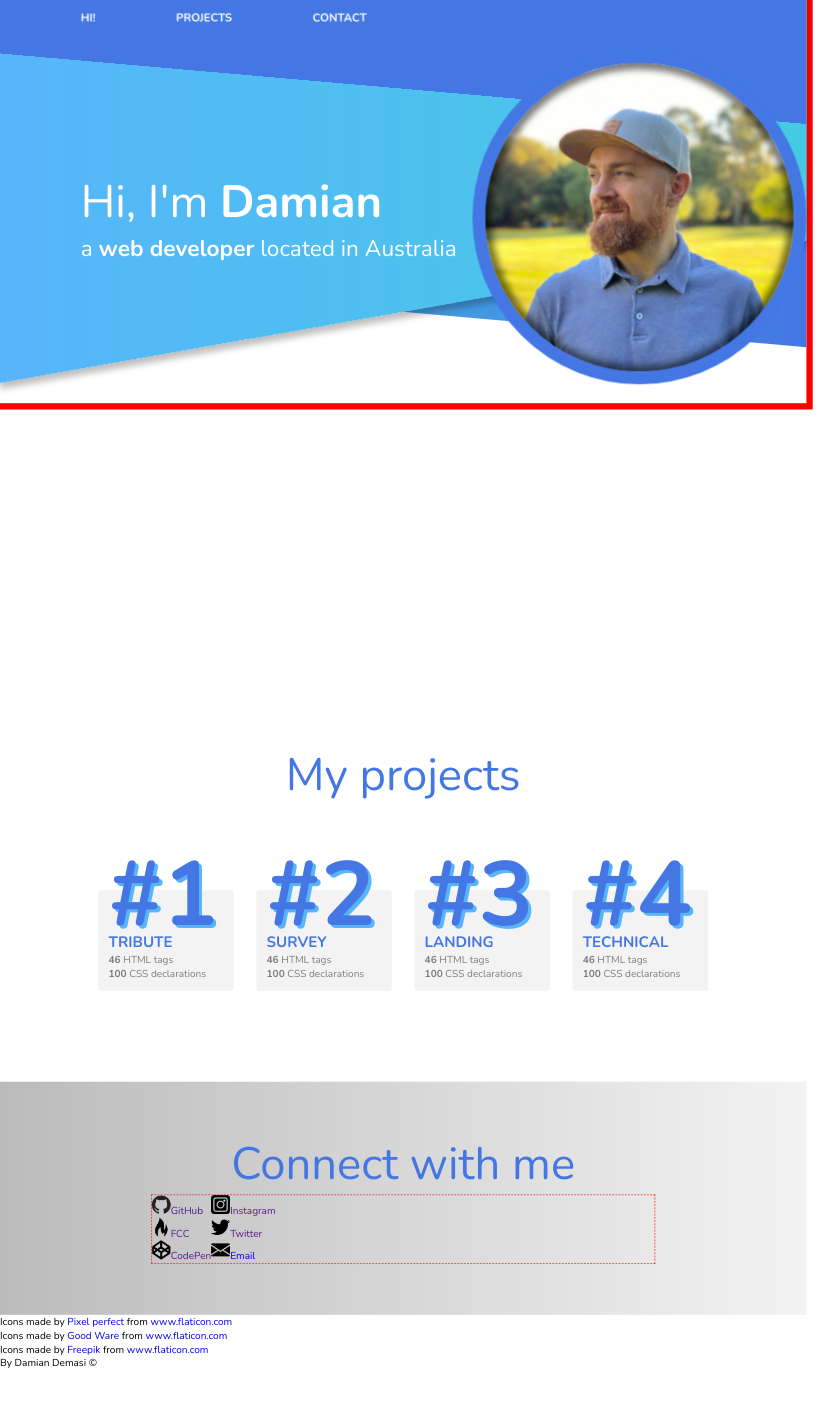
Repository: Colo-Codes/freecodecamp-05-Personal-Portfolio-Webpage
Page: index.html
An editor plug-in stored every save of this project. The page is shown before and after the next save, followed by the edit.
The browser window is 1280 px wide. The page is 1320 px wide, so the pictures cover 1320 px, including what lies to the right of the window. The pictures show the whole page, at 63% of full size.

Above is the page before, as saved 2021-06-03 18:43:44.

### index.html
<!DOCTYPE html>
<html lang="en">
<head>
    <meta charset="UTF-8">
    <meta http-equiv="X-UA-Compatible" content="IE=edge">
    <meta name="viewport" content="width=device-width, initial-scale=1.0">
    <link rel="preconnect" href="https://fonts.gstatic.com">
    <link href="https://fonts.googleapis.com/css2?family=Nunito:wght@300;400;700&display=swap" rel="stylesheet">
    <link rel="stylesheet" href="./css/index.css">
    <title>Personal Portfolio Webpage</title>
</head>
<body>
    <header>
        <navbar id="navbar">
            <div id="navbar-container">
                <ul id="navbar-flex-container">
                    <li class="navbar-flex-item">Hi!</li>
                    <li class="navbar-flex-item">Projects</li>
                    <li class="navbar-flex-item">Contact</li>
                </ul>
            </div>
        </navbar>
    </header>

    <section id="welcome-section">
            <div id="welcome-section-container">
                    <div id="hero-img" role="img" aria-label="Damian's profile picture: he has a hat, beard, and he is looking left while standing on a green field."></div>
                <div id="hero-text-container">
                    <h1>Hi, I'm <strong>Damian</strong></h1>
                    <p>a <strong>web developer</strong> located in Australia</p>
                </div>
            </div>
            <div id="top-layer"></div>
            <div id="bottom-layer">
                <div id="scroll-to-explore">
                    <p>Scroll to explore</p>
                    <img src="./img/down-arrow.png" alt="Arrow pointing down." height="40px">
                </div>
            </div>
    </section>

    <section id="projects">
        <h2>My projects</h2>
        <div id="project-card-flex-container">

            <div class="project-card">
                <div class="project-card-bg">
                    <div class="project-tile">
                        <a href="#project1"><h3>#1</h3><h4>Tribute</h4></a>
                    </div>
                    <div class="project-descr">
                        <p><strong>46</strong> HTML tags</p>
                        <p><strong>100</strong> CSS declarations</p>
                    </div>
                </div>
            </div>

            <div class="project-card">
                <div class="project-card-bg">
                    <div class="project-tile">
                        <a href="#project1"><h3>#2</h3><h4>Survey</h4></a>
                    </div>
                    <div class="project-descr">
                        <p><strong>46</strong> HTML tags</p>
                        <p><strong>100</strong> CSS declarations</p>
                    </div>
                </div>
            </div>

            <div class="project-card">
                <div class="project-card-bg">
                    <div class="project-tile">
                        <a href="#project1"><h3>#3</h3><h4>Landing</h4></a>
                    </div>
                    <div class="project-descr">
                        <p><strong>46</strong> HTML tags</p>
                        <p><strong>100</strong> CSS declarations</p>
                    </div>
                </div>
            </div>

            <div class="project-card">
                <div class="project-card-bg">
                    <div class="project-tile">
                        <a href="#project1"><h3>#4</h3><h4>Technical</h4></a>
                    </div>
                    <div class="project-descr">
                        <p><strong>46</strong> HTML tags</p>
                        <p><strong>100</strong> CSS declarations</p>
                    </div>
                </div>
            </div>

        </div>
    </section>

    <section id="contact">
        <h2>Connect with me</h2>
        <div id="contact-networks">
            <div class="contact-networks-col">
                <a href="" id="profile-link" target="_blank"><img src="./img/github.png" width="30px">GitHub</a>
                <a href="" id="profile-link-fcc" target="_blank"><img src="./img/fire.png" width="30px">FCC</a>
                <a href="" id="profile-link-codepen" target="_blank"><img src="./img/3d-outlined-shape.png" width="30px">CodePen</a>
            </div>
            <div class="contact-networks-col">
                <a href="" id="profile-link-instagram" target="_blank"><img src="./img/instagram.png" width="30px">Instagram</a>
                <a href="" id="profile-link-twitter" target="_blank"><img src="./img/twitter.png" width="30px">Twitter</a>
                <a href="mailto:damian.demasi.1@gmail.com" id="profile-link-email" target="_blank"><img src="./img/email.png" width="30px">Email</a>
            </div>
        </div>
    </section>

    <footer>
        <div>Icons made by <a href="https://www.flaticon.com/authors/pixel-perfect" title="Pixel perfect">Pixel perfect</a> from <a href="https://www.flaticon.com/" title="Flaticon">www.flaticon.com</a></div>
        <div>Icons made by <a href="https://www.flaticon.com/authors/good-ware" title="Good Ware">Good Ware</a> from <a href="https://www.flaticon.com/" title="Flaticon">www.flaticon.com</a></div>
        <div>Icons made by <a href="https://www.freepik.com" title="Freepik">Freepik</a> from <a href="https://www.flaticon.com/" title="Flaticon">www.flaticon.com</a></div>
        <p>By Damian Demasi &copy;</p>
    </footer>
</body>
</html>

### css/index.css
/* @media */

/* The height of the welcome section should be equal to the height of the viewport. */

/* The navbar should always be at the top of the viewport. */

/* Border-box and font-size */
html {
    box-sizing: border-box;
    font-size: 16px;
}
body {
    font-family: 'Nunito', sans-serif;
}

/* Reset margins and set global values */

*, *::before, *::after {
    box-sizing: inherit;
    margin: 0;
    padding: 0;
}

a:link {
    text-decoration: none;
}

/* Navbar */

#navbar {
    display: block;
    background-color: #4477E3;
    /* 1rem = 16px -> 18.75rem = 300px */
    height: 18.75rem;
    width: 100%;
    transform: skewY(5deg) translateY(-10rem);
    position: fixed;
    z-index: 4;
}
#navbar-container {
    max-width: 90rem;
    margin: auto;
}

#navbar-flex-container {
    display: flex;
    /* align-items: center; */
    /* justify-content: space-around; */
    height: 100%;
    transform: skewY(-5deg) translateY(5rem);
    z-index: 4;
}
.navbar-flex-item {
    list-style: none;
    margin: 6rem 0 0 8rem;
    font-style: normal;
    font-weight: bold;
    font-size: 1.125rem;
    text-transform: uppercase;
    color: white;
}

/* Hero */

#welcome-section-container {
    /* 1440px = 90rem */
    max-width: 90rem;
    height: 40rem;
    margin: auto;
    outline: 10px solid red;
    position: relative;
}

#hero-text-container h1 {
    padding-top: 17rem;
    margin-left: 8rem;
    font-size: 4.5rem;
    font-weight: 300;
    color: white;
}

#hero-text-container > p {
    margin-left: 8rem;
    font-size: 2.25rem;
    color: white;
    font-weight: 300;
}

#hero-text-container {
    position: relative;
    z-index: 3;
}

#hero-img {
    top: 5rem;
    right: 0rem;
    border-radius: 50%;
    width: 33.125rem;
    height: 33.125rem;
    border: 20px solid #4477E3;
    background: url(../img/6D5BF231-2A3E-4029-9EFE-9C82AF0D506F_1_105_c.jpeg);
    background-position: center;
    background-size: contain;
    background-repeat: no-repeat;
    box-shadow: inset 0px 0px 10px 10px rgba(0, 0, 0, 0.5);
    position: absolute;
    z-index: 5;
}

#top-layer {
    background: #57B5FA; /* fallback for old browsers */
    background: -webkit-linear-gradient(to left, #44CBE3, #57B5FA);  /* Chrome 10-25, Safari 5.1-6 */
    background: linear-gradient(to left, #44CBE3, #57B5FA); /* W3C, IE 10+/ Edge, Firefox 16+, Chrome 26+, Opera 12+, Safari 7+ */
    /* 1rem = 16px -> 60.31rem = 865px + 100px */
    /* height: 60.31rem; */
    height: 100vh;
    width: 100%;
    transform: skewY(-10deg) translateY( -54.06rem );
    box-shadow: 0px 10px 10px rgba(0, 0, 0, 0.25);
    position: relative;
    z-index: 2;
}

#bottom-layer {
    background: #4477E3; /* fallback for old browsers */
    background: -webkit-linear-gradient(to right, #44CBE3, #4477E3);  /* Chrome 10-25, Safari 5.1-6 */
    background: linear-gradient(to right, #44CBE3, #4477E3); /* W3C, IE 10+/ Edge, Firefox 16+, Chrome 26+, Opera 12+, Safari 7+ */
    /* 1rem = 16px -> 54.06rem = 865px */
    height: 54.06rem;
    width: 100%;
    transform: skewY(5deg) translateY(-108.12rem); /* 54.06 * 2 */
    position: relative;
    z-index: 1;
}

#scroll-to-explore {
    position: relative;
    top: 90%;
    margin-left: 90%;
    transform: skewY(-5deg);

}

#scroll-to-explore > p {
    font-size: 1.125rem;
    color: white;
    font-weight: 300;
}

#scroll-to-explore > img {
    margin: .5rem 8rem 0 0;
    filter: invert(1);
}

/* Projects */

#projects {
    max-width: 62.72rem;
    margin: -145vh auto 0;

}

#project-card-flex-container {
    display: flex;
    justify-content: space-around;
}

#projects h2 {
    color: #4477E3;
    font-size: 4.5rem;
    font-weight: 300;
    text-align: center;
    margin-bottom: 3.375rem;
}

.project-card {
    display: block;
    width: 13.43rem;
    height: 15rem;
    transition: .3s;

}

.project-card:hover {
    background: #F3F3F3;
    background-color: #F3F3F3;
    box-shadow: 0px 10px 30px 3px rgba(0, 0, 0, 0.25);
    border-radius: 5px;
    transition: linear;
    transition: .3s;
}

.project-card-bg {
    margin-top: 5rem;
    height: 10rem;
    background-color: #F3F3F3;
    border-radius: 5px;
    position: relative;
}

.project-card-bg div {
    margin-left: 1rem;
}

.project-tile {
    position: relative;
    top: -4rem;
}

.project-descr {
    position: relative;
    top: -4rem;
    color: #7D7D7D;
}

.project-tile h3 {
    font-weight: 700;
    font-size: 9rem;
    line-height: 1;
    text-shadow: 5px 5px #57B5FA;

}

.project-tile h4 {
    margin-top: -1rem;
    font-size: 1.5rem;
    text-transform: uppercase;
    line-height: 1.5;
}

.project-tile a {
    color: #4477E3;
}

/* Contact */

#contact {
    margin-top: 9rem;
    padding: 5.06rem 0;
    width: 100%;
    height: 100%;
    background: #F3F3F3; /* fallback for old browsers */
    background: -webkit-linear-gradient(to right, #bbb, #F3F3F3);  /* Chrome 10-25, Safari 5.1-6 */
    background: linear-gradient(to right, #bbb, #F3F3F3); /* W3C, IE 10+/ Edge, Firefox 16+, Chrome 26+, Opera 12+, Safari 7+ */
}

#contact h2 {
    font-size: 4.5rem;
    font-weight: 300;
    color: #4477E3;
    text-align: center;
}

#contact-networks {
    width: 50rem;
    display: flex;
    margin: auto;
    border: 1px dashed red;
}

.contact-networks-col {
    display: flex;
    flex-direction: column;
}

After the next save:
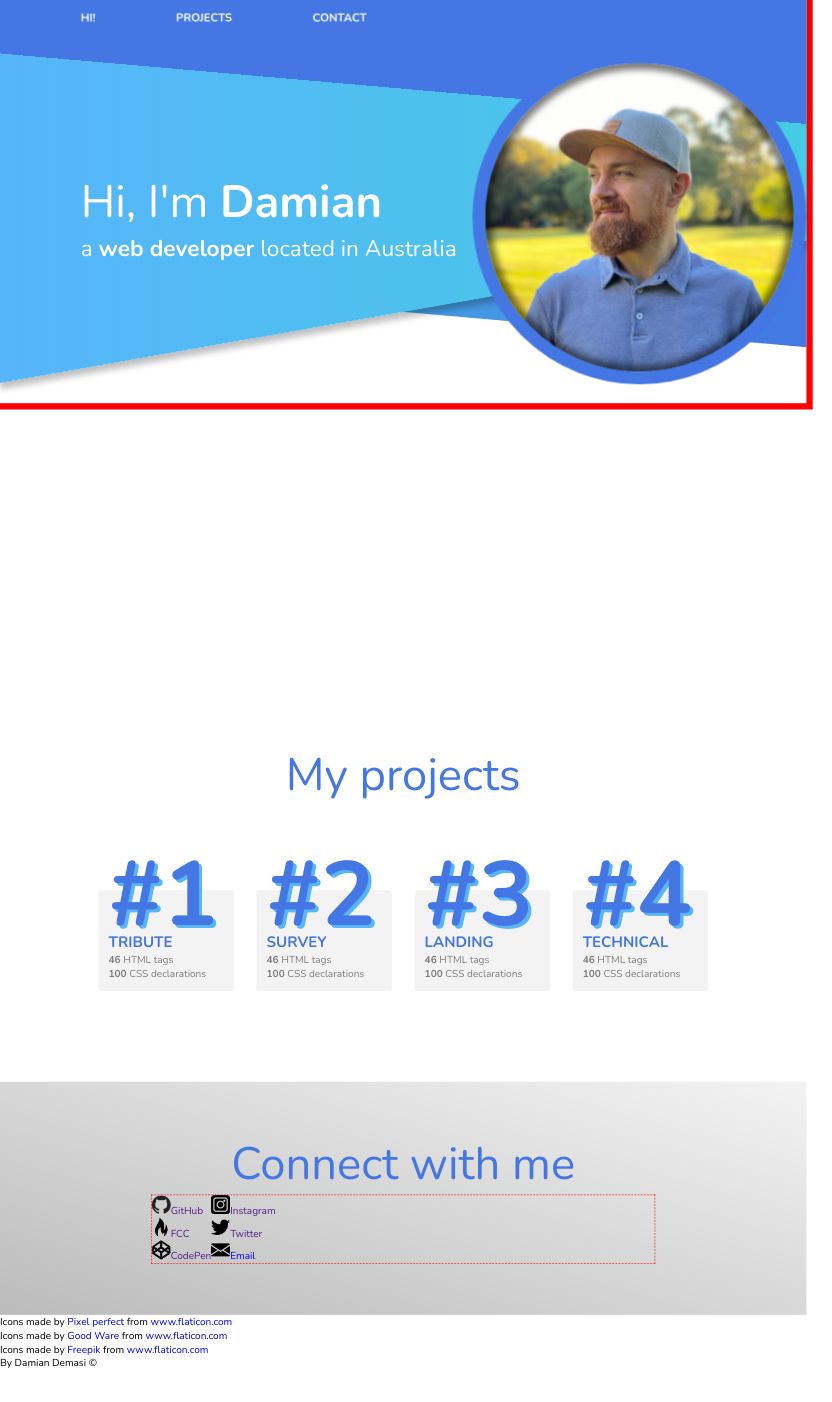
Saved 10 s later.
--- a/css/index.css
+++ b/css/index.css
@@ -240,8 +240,8 @@ a:link {
     width: 100%;
     height: 100%;
     background: #F3F3F3; /* fallback for old browsers */
-    background: -webkit-linear-gradient(to right, #bbb, #F3F3F3);  /* Chrome 10-25, Safari 5.1-6 */
-    background: linear-gradient(to right, #bbb, #F3F3F3); /* W3C, IE 10+/ Edge, Firefox 16+, Chrome 26+, Opera 12+, Safari 7+ */
+    background: -webkit-linear-gradient(to top right, #bbb, #F3F3F3);  /* Chrome 10-25, Safari 5.1-6 */
+    background: linear-gradient(to top right, #bbb, #F3F3F3); /* W3C, IE 10+/ Edge, Firefox 16+, Chrome 26+, Opera 12+, Safari 7+ */
 }
 
 #contact h2 {
